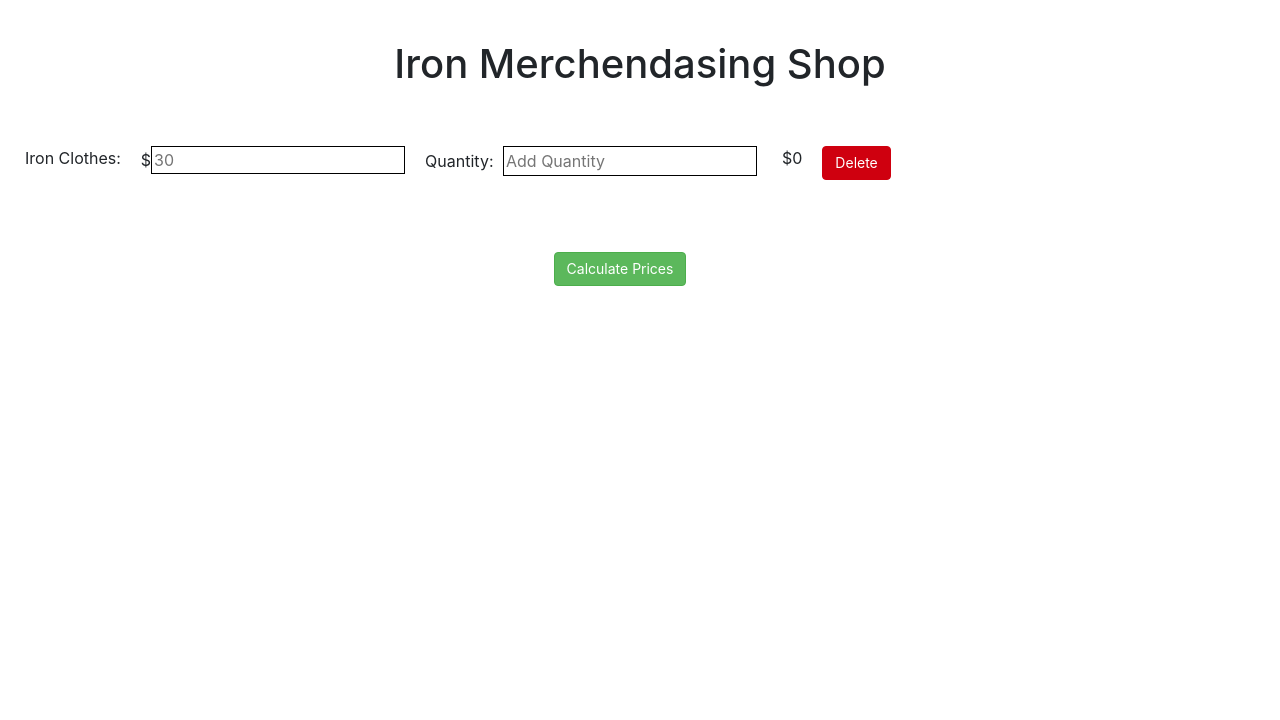
Repository: konstantin0s/lab-cart-DOM
Page: index.html
These files come from the project's save history. The page is drawn as it stood at one moment and after the next save; the edit follows.
The browser window is 1280 px wide. The pictures show the whole page.
Some web libraries are served in a nearby version.

Above is the page before, as saved 2019-02-01 21:34:49.
Console error: TypeError: Cannot set properties of null (setting 'onclick')

### index.html
<!DOCTYPE html>
<html lang="en">
<head>
  <meta charset="UTF-8">
  <meta name="viewport" content="width=device-width, initial-scale=1.0">
  <meta http-equiv="X-UA-Compatible" content="ie=edge">
  <link rel="stylesheet" href="https://cdnjs.cloudflare.com/ajax/libs/normalize/5.0.0/normalize.min.css">
  <link rel="stylesheet" href="https://stackpath.bootstrapcdn.com/bootstrap/4.2.1/css/bootstrap.min.css">
  <link rel="stylesheet" href="./css/style.css">
  <title>Ironhack cart</title>
</head>
<body>
  <h1  class="title">Iron Merchendasing Shop</h1>
  <div class="container">
    <div class="product">
      <span class="proName">
      Iron Clothes:
      </span>
    </div>
    <div class="cost">
      <!-- <span class="costUnit">
          30
      </span> -->
      <label for="cost">
          $<input type="text" placeholder="30" class="costUnit">
      </label>
    </div>
    <div class="input">
      <label for="unit">
         Quantity:
      </label>
      <input type="text" placeholder="Add Quantity" class="quantity">
    </div>
    <div class="totalP">
      <span class="price">
        $0
      </span>
    </div>

    <div class="remove">
      <button class="button btn-delete" type="button">Delete</button>
    </div>
  </div>

    <div class="calculate">
      <button type="button" onclick="getPriceByProduct()" class="button btn-success" id="calc-prices-button">Calculate Prices</button>
    </div>

    <div class="result">

      </div>

  <script type="text/javascript" src="./js/index.js"></script>
</body>
</html>

### css/style.css

body{
  background-color: rgb(red, green, blue)
}

.title {
  text-align: center;
  padding: 40px;
}

.container {
  display: flex;
  margin-right: 230px;
}

input {
  border: solid 1px black;
}

.button {
  display: inline-block;
  padding: 6px 12px;
  margin-bottom: 0;
  font-size: 14px;
  font-weight: 400;
  line-height: 1.42857143;
  text-align: center;
  white-space: nowrap;
  vertical-align: middle;
  -ms-touch-action: manipulation;
  touch-action: manipulation;
  cursor: pointer;
  -webkit-user-select: none;
  -moz-user-select: none;
  -ms-user-select: none;
  user-select: none;
  background-image: none;
  border: 1px solid transparent;
  border-radius: 4px;
}

.btn-success {
    color: #fff;
    background-color: #5cb85c;
    border-color: #4cae4c;
}

.product {
  margin: 10px;

}

.cost {
  margin: 10px;

}

.input {
  margin: 10px;
}

.totalP {
  margin: 10px;
}

.calculate {
  display: flex;
  flex-direction: column;
  align-items: center;
  margin-top: 60px;
  margin-left: -40px;
}

.remove {
  margin: 10px;
}

.btn-delete {
    color: #fff;
    background-color: #CF000F;
    border-color: #CF000F;
}

.quantity {
  margin: 0px 5px;
  height: 30px;
}

.result {
  position: relative;
  top: 30px;
  width: 300px;
  height: 300px;
}

### js/index.js


  // document.getElementById("calc-prices-button").addEventListener("click", function(event){

  //       var clickedElement = event.target;
  //       var parentElement = event.target.parentElement;

        //Retrieves the unit price of the product
//Retrieves the quantity of items desired
//Calculates the total price based on this data
//Updates the total price in the DOM
// getPriceByProduct();


    // });

function deleteItem(e){

}

function getPriceByProduct(itemNode){
  // var getInput = document.getElementsByClassName("quantity").value;

  var myQuantity = Number(document.querySelector('.costUnit').value);
  var myInput = Number(document.querySelector('.quantity').value);

  if (itemNode !== NaN) {
    itemNode = myQuantity * myInput;
  }
console.log(itemNode);
  // var multiply = myQuantity * myInput;

//  document.getElementsByClassName('result').innerHTML = "Total price is = $" + itemNode;

  // if (result !== NaN) {
  //
  // }

  // console.log(result);

  //  document.getElementById('result').innerHTML = myResult;
  // itemNode = myResult;
  // return itemNode;
}




function updatePriceByProduct(productPrice, index){

}

function getTotalPrice() {

}

function createQuantityInput(){

}

function createDeleteButton(){

}

function createQuantityNode(){

}

function createItemNode(dataType, itemData){

}

function createNewItemRow(itemName, itemUnitPrice){

}

function createNewItem(){

}

window.onload = function(){
  var calculatePriceButton = document.getElementById('calc-prices-button');
  var createItemButton = document.getElementById('new-item-create');
  var deleteButtons = document.getElementsByClassName('btn-delete');

  calculatePriceButton.onclick = getTotalPrice;
  createItemButton.onclick = createNewItem;

  for(var i = 0; i<deleteButtons.length ; i++){
    deleteButtons[i].onclick = deleteItem;
  }
};

After the next save:
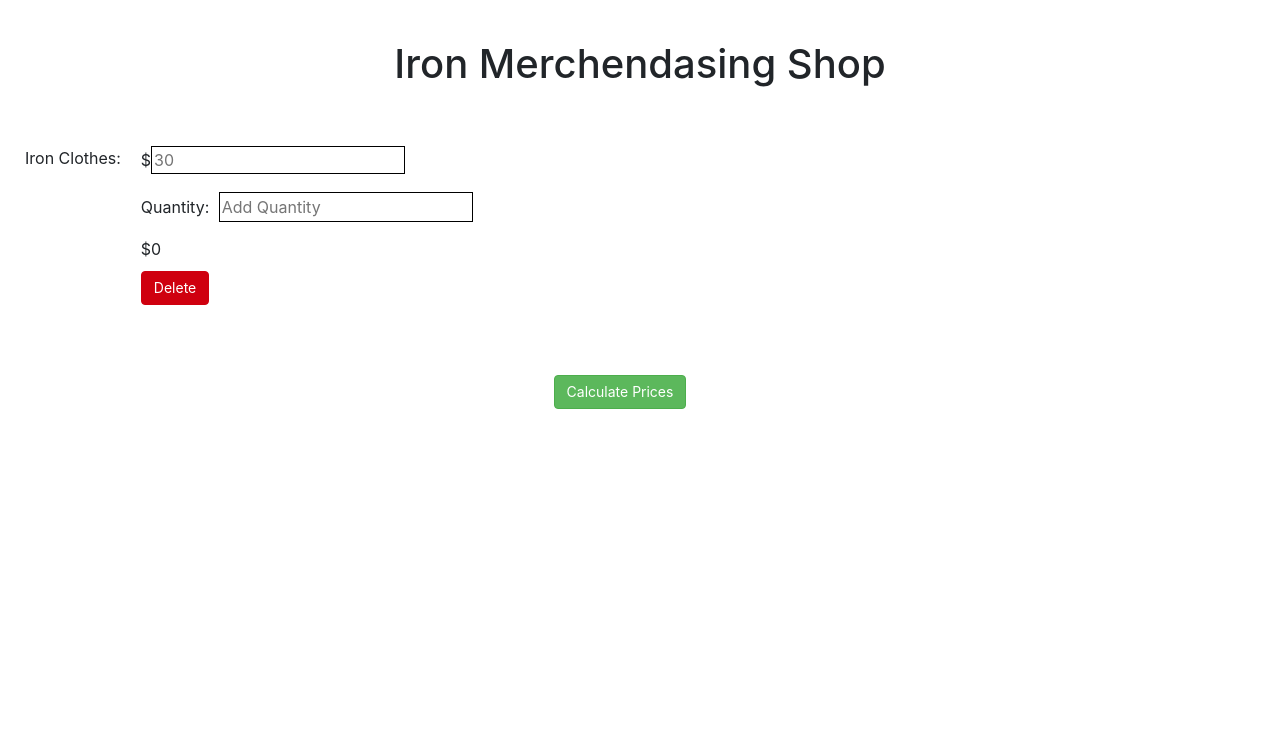
Saved 119 s later.
--- a/index.html
+++ b/index.html
@@ -17,6 +17,7 @@
       Iron Clothes:
       </span>
     </div>
+    <form name="formcalc">
     <div class="cost">
       <!-- <span class="costUnit">
           30
@@ -45,7 +46,7 @@
     <div class="calculate">
       <button type="button" onclick="getPriceByProduct()" class="button btn-success" id="calc-prices-button">Calculate Prices</button>
     </div>
-
+  </form>
     <div class="result">
 
       </div>

After the 2 saves that followed:
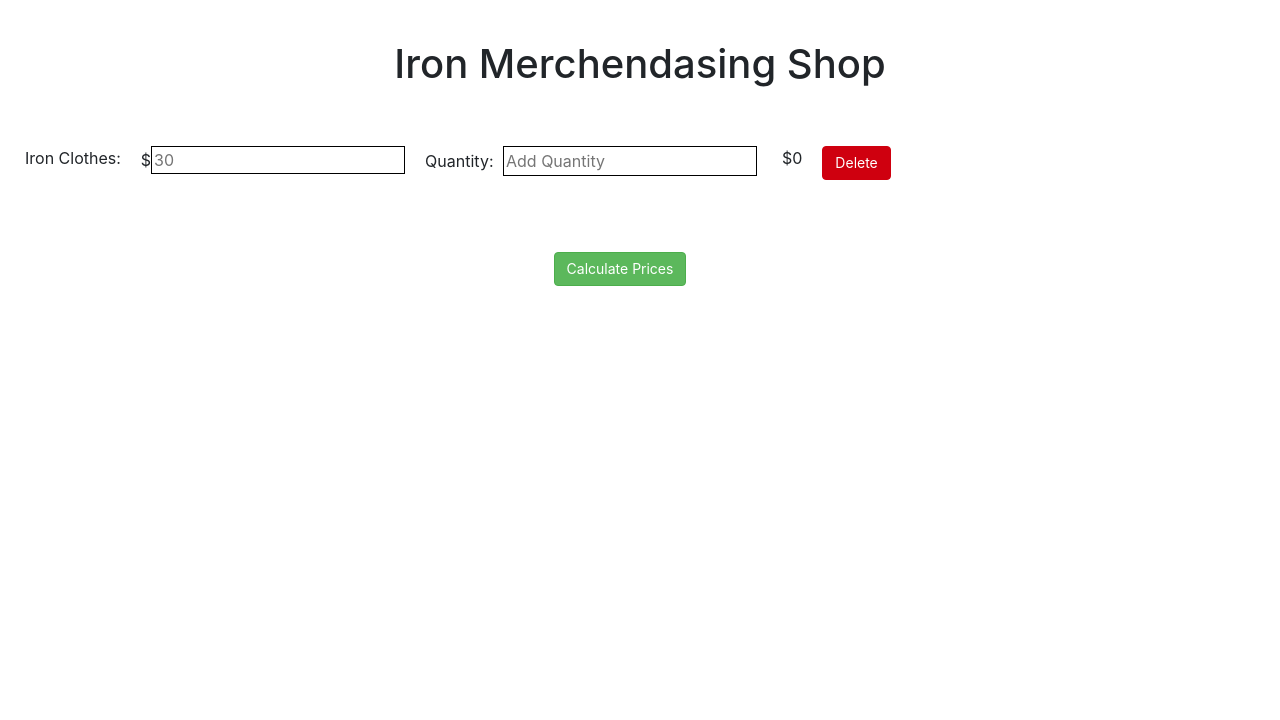
The 2 saves are shown as one change because 1 left the picture as it was.
The last was saved 2 min 59 s later.
--- a/index.html
+++ b/index.html
@@ -17,7 +17,6 @@
       Iron Clothes:
       </span>
     </div>
-    <form name="formcalc">
     <div class="cost">
       <!-- <span class="costUnit">
           30
@@ -46,7 +45,6 @@
     <div class="calculate">
       <button type="button" onclick="getPriceByProduct()" class="button btn-success" id="calc-prices-button">Calculate Prices</button>
     </div>
-  </form>
     <div class="result">
 
       </div>
--- a/js/index.js
+++ b/js/index.js
@@ -24,9 +24,8 @@ function getPriceByProduct(itemNode){
   var myQuantity = Number(document.querySelector('.costUnit').value);
   var myInput = Number(document.querySelector('.quantity').value);
 
-  if (itemNode !== NaN) {
-    itemNode = myQuantity * myInput;
-  }
+  itemNode = myQuantity * myInput;
+
 console.log(itemNode);
   // var multiply = myQuantity * myInput;
 
